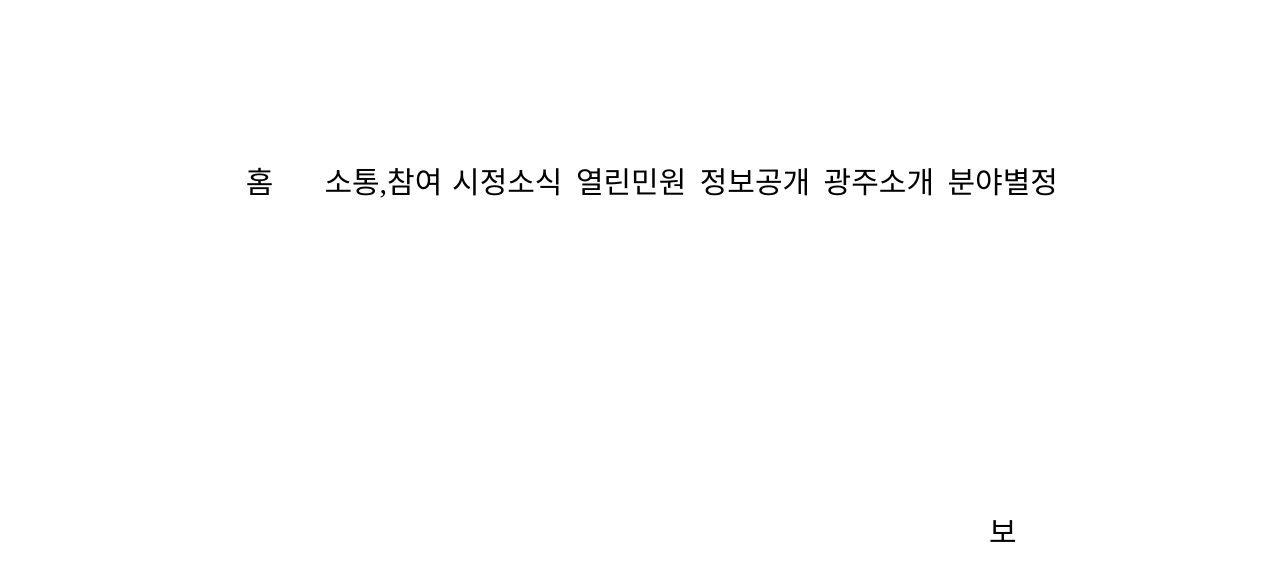
Repository: leejonggwon/Amora-Project
Page: http://localhost/JSP/ex07menubar.jsp
An editor plug-in stored every save of this project. The page is shown before and after the next save, followed by the edit.
The browser window is 1280 px wide. The pictures show the whole page.
The pointer rests on the first visible `.menu`.
The page is served by Tomcat 9.

Above is the page before, as saved 2023-08-01 09:53:53.

After the next save:
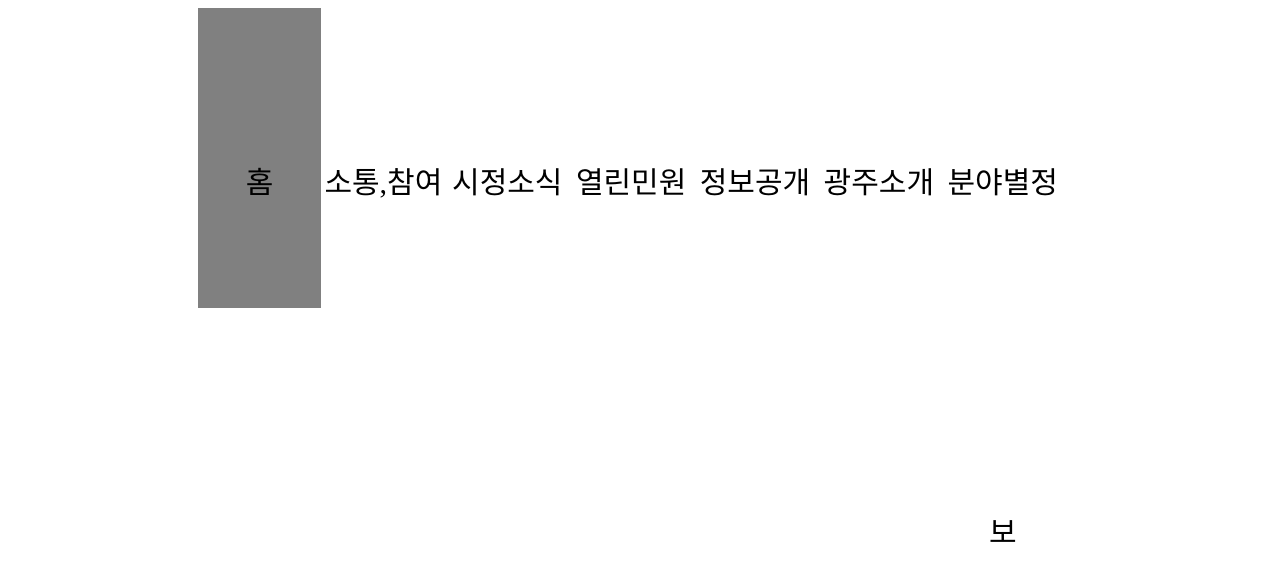
Saved 4 min 3 s later.
--- a/04.Server/JSP/src/main/webapp/ex07menubar.jsp
+++ b/04.Server/JSP/src/main/webapp/ex07menubar.jsp
@@ -19,6 +19,9 @@
 		font-size: 30px;
 		float: left;
 	}
+	.menu:hover {
+		background-color: gray;
+	}
 
 </style>
 
